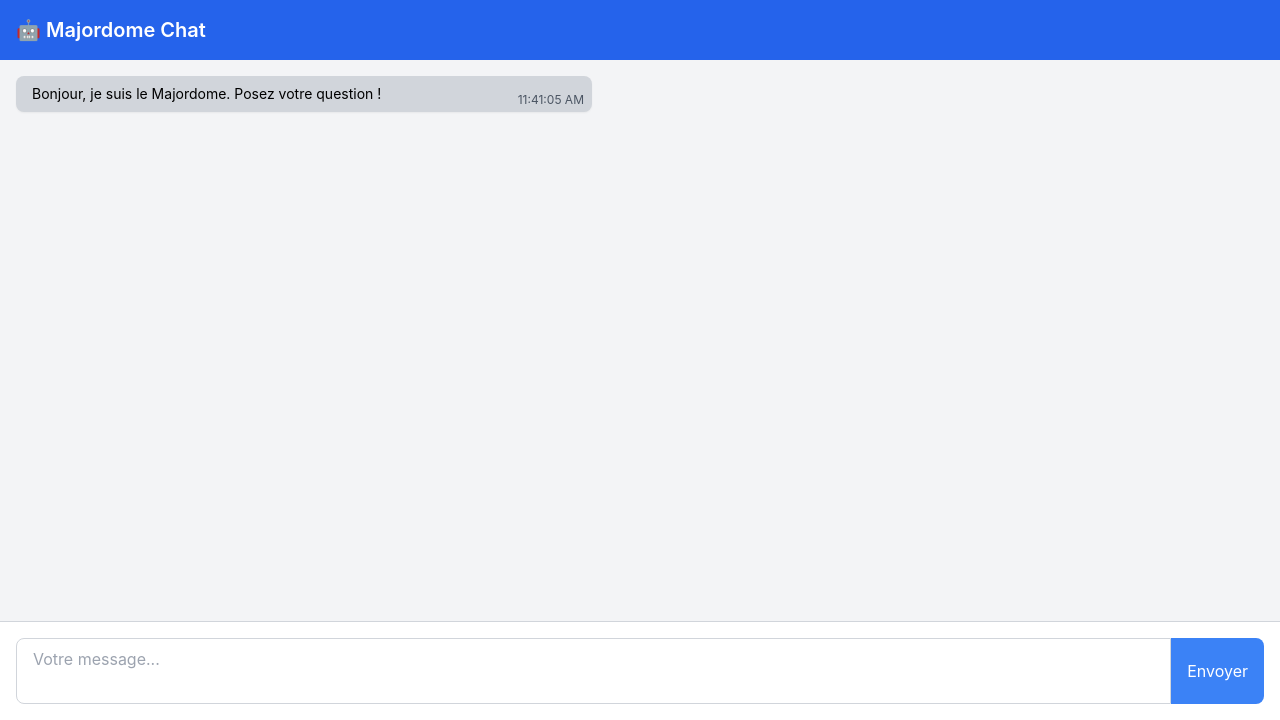
Repository: LeLoustique/majordome-front
Page: /
An editor plug-in stored every save of this project. The page is shown before and after the next save, followed by the edit.
The browser window is 1280 px wide. The pictures show the whole page.
The project was rebuilt for these pictures with package versions that can differ from the ones it lists, and the page was loaded fresh each time.

Above is the page before, as saved 2025-06-13 14:25:39.

### src/App.js
import React, { useState } from "react";
import { sendMessageToChatController } from "./api";

function App() {
  const [message, setMessage] = useState("");
  const [messages, setMessages] = useState([
    {
      from: "bot",
      text: "Bonjour, je suis le Majordome. Posez votre question !",
      time: new Date().toLocaleTimeString(),
    },
  ]);
  const [loading, setLoading] = useState(false);

  const handleSend = async () => {
    if (!message.trim()) return;

    const now = new Date().toLocaleTimeString();

    setMessages(prev => [
      ...prev,
      { from: "user", text: message, time: now },
    ]);
    setLoading(true);
    setMessage("");

    try {
      const data = await sendMessageToChatController(message);

      const replyTime = new Date().toLocaleTimeString();

      setMessages(prev => [
        ...prev,
        { from: "bot", text: data, time: replyTime },
      ]);
    } catch (error) {
      const errorTime = new Date().toLocaleTimeString();

      setMessages(prev => [
        ...prev,
        { from: "bot", text: "Erreur : " + error.message, time: errorTime },
      ]);
    }

    setLoading(false);
  };

  const handleKeyDown = (e) => {
    if (e.key === "Enter" && !e.shiftKey) {
      e.preventDefault();
      handleSend();
    }
  };

  return (
    <div className="flex flex-col h-screen bg-gray-100">
      {/* Header */}
      <header className="bg-blue-600 text-white p-4 text-xl font-semibold">
        🤖 Majordome Chat
      </header>

      {/* Chat messages */}
      <div className="flex-1 overflow-y-auto p-4 space-y-2">
        {messages.map((msg, idx) => (
          <div
            key={idx}
            className={`max-w-xl px-4 py-2 rounded-lg shadow-sm relative text-sm ${
              msg.from === "user"
                ? "ml-auto bg-blue-500 text-white"
                : "mr-auto bg-gray-300 text-black"
            }`}
          >
            <div>{msg.text}</div>
            <div className="absolute bottom-1 right-2 text-xs text-gray-600">
              {msg.time}
            </div>
          </div>
        ))}

        {/* Loader */}
        {loading && (
          <div className="mr-auto bg-gray-200 text-gray-700 px-4 py-2 rounded-lg shadow-sm text-sm flex items-center gap-2">
            <div className="w-4 h-4 border-2 border-blue-400 border-t-transparent rounded-full animate-spin" />
            Le Majordome réfléchit...
          </div>
        )}
      </div>

      {/* Input */}
      <div className="p-4 bg-white flex border-t border-gray-300">
        <textarea
          rows={2}
          value={message}
          onChange={(e) => setMessage(e.target.value)}
          onKeyDown={handleKeyDown}
          placeholder="Votre message..."
          className="flex-1 border border-gray-300 rounded-l-lg px-4 py-2 focus:outline-none focus:ring-2 focus:ring-blue-500 resize-none"
        />
        <button
          onClick={handleSend}
          disabled={loading || !message.trim()}
          className={`${
            loading ? "bg-blue-300" : "bg-blue-500 hover:bg-blue-600"
          } text-white px-4 py-2 rounded-r-lg`}
        >
          {loading ? "..." : "Envoyer"}
        </button>
      </div>
    </div>
  );
}

export default App;

### src/api.js
const BACKEND_URL = "https://sping-ai-majordome.onrender.com";
//const BACKEND_URL = "http://localhost:8080";

export async function sendMessageToChatController(message) {
  const response = await fetch(`${BACKEND_URL}/api/chat`, {
    method: "POST",
    headers: {
      "Content-Type": "text/plain"
    },
    body: message
  });

  if (!response.ok) {
    throw new Error("Erreur lors de la communication avec le backend");
  }

  return response.text();
}

// export async function sendMessageToChatController(message) {
//   const response = await fetch("http://localhost:8080/api/chat", {
//     method: "POST",
//     headers: { "Content-Type": "application/json" },
//     body: JSON.stringify({ message }),
//   });

//   if (!response.ok) {
//     throw new Error("Erreur serveur");
//   }

//   const data = await response.json();
//   return data.reply || data; // adapte si ta réponse est { reply: "..." }
// }

Loaded but not shown: public/index.html (common file); src/index.js (common file); src/index.css (common file); src/reportWebVitals.js (common file); tailwind.config.js (common file)

After the next save:
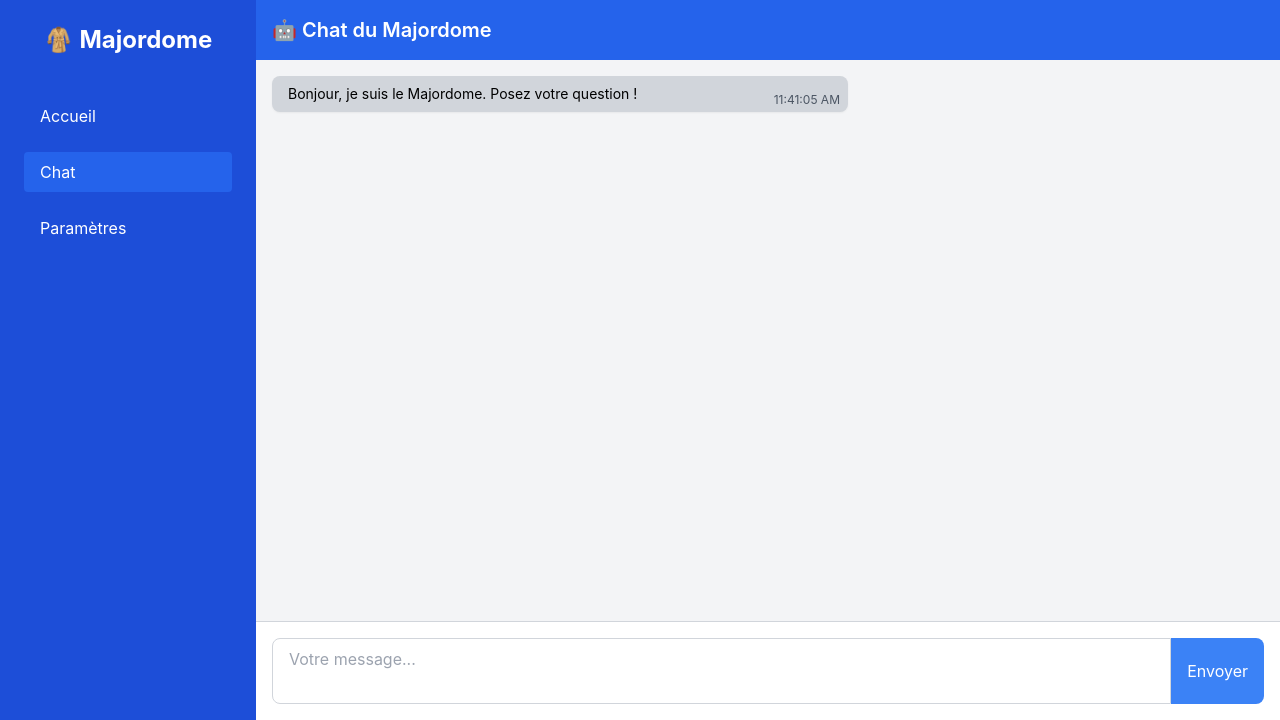
Saved 2 min 50 s later.
--- a/src/App.js
+++ b/src/App.js
@@ -14,31 +14,20 @@ function App() {
 
   const handleSend = async () => {
     if (!message.trim()) return;
-
     const now = new Date().toLocaleTimeString();
-
-    setMessages(prev => [
-      ...prev,
-      { from: "user", text: message, time: now },
-    ]);
+    setMessages(prev => [...prev, { from: "user", text: message, time: now }]);
+    setMessage("");
     setLoading(true);
-    setMessage("");
 
     try {
       const data = await sendMessageToChatController(message);
-
       const replyTime = new Date().toLocaleTimeString();
-
+      setMessages(prev => [...prev, { from: "bot", text: data, time: replyTime }]);
+    } catch (error) {
+      const replyTime = new Date().toLocaleTimeString();
       setMessages(prev => [
         ...prev,
-        { from: "bot", text: data, time: replyTime },
-      ]);
-    } catch (error) {
-      const errorTime = new Date().toLocaleTimeString();
-
-      setMessages(prev => [
-        ...prev,
-        { from: "bot", text: "Erreur : " + error.message, time: errorTime },
+        { from: "bot", text: "Erreur : " + error.message, time: replyTime },
       ]);
     }
 
@@ -53,59 +42,80 @@ function App() {
   };
 
   return (
-    <div className="flex flex-col h-screen bg-gray-100">
-      {/* Header */}
-      <header className="bg-blue-600 text-white p-4 text-xl font-semibold">
-        🤖 Majordome Chat
-      </header>
+    <div className="flex h-screen bg-gray-100">
+      {/* Sidebar */}
+      <aside className="w-64 bg-blue-700 text-white flex flex-col items-center py-6">
+        {/* Logo */}
+        <div className="text-2xl font-bold mb-10">🧥 Majordome</div>
 
-      {/* Chat messages */}
-      <div className="flex-1 overflow-y-auto p-4 space-y-2">
-        {messages.map((msg, idx) => (
-          <div
-            key={idx}
-            className={`max-w-xl px-4 py-2 rounded-lg shadow-sm relative text-sm ${
-              msg.from === "user"
-                ? "ml-auto bg-blue-500 text-white"
-                : "mr-auto bg-gray-300 text-black"
-            }`}
+        {/* Navigation */}
+        <nav className="space-y-4 w-full px-6">
+          <a href="#" className="block py-2 px-4 rounded hover:bg-blue-600">
+            Accueil
+          </a>
+          <a href="#" className="block py-2 px-4 rounded bg-blue-600">
+            Chat
+          </a>
+          <a href="#" className="block py-2 px-4 rounded hover:bg-blue-600">
+            Paramètres
+          </a>
+        </nav>
+      </aside>
+
+      {/* Chat content */}
+      <main className="flex-1 flex flex-col">
+        {/* Header */}
+        <header className="bg-blue-600 text-white p-4 text-xl font-semibold">
+          🤖 Chat du Majordome
+        </header>
+
+        {/* Messages */}
+        <div className="flex-1 overflow-y-auto p-4 space-y-2">
+          {messages.map((msg, idx) => (
+            <div
+              key={idx}
+              className={`max-w-xl px-4 py-2 rounded-lg shadow-sm relative text-sm ${
+                msg.from === "user"
+                  ? "ml-auto bg-blue-500 text-white"
+                  : "mr-auto bg-gray-300 text-black"
+              }`}
+            >
+              <div>{msg.text}</div>
+              <div className="absolute bottom-1 right-2 text-xs text-gray-600">
+                {msg.time}
+              </div>
+            </div>
+          ))}
+
+          {loading && (
+            <div className="mr-auto bg-gray-200 text-gray-700 px-4 py-2 rounded-lg shadow-sm text-sm flex items-center gap-2">
+              <div className="w-4 h-4 border-2 border-blue-400 border-t-transparent rounded-full animate-spin" />
+              Le Majordome réfléchit...
+            </div>
+          )}
+        </div>
+
+        {/* Input */}
+        <div className="p-4 bg-white flex border-t border-gray-300">
+          <textarea
+            rows={2}
+            value={message}
+            onChange={(e) => setMessage(e.target.value)}
+            onKeyDown={handleKeyDown}
+            placeholder="Votre message..."
+            className="flex-1 border border-gray-300 rounded-l-lg px-4 py-2 focus:outline-none focus:ring-2 focus:ring-blue-500 resize-none"
+          />
+          <button
+            onClick={handleSend}
+            disabled={loading || !message.trim()}
+            className={`${
+              loading ? "bg-blue-300" : "bg-blue-500 hover:bg-blue-600"
+            } text-white px-4 py-2 rounded-r-lg`}
           >
-            <div>{msg.text}</div>
-            <div className="absolute bottom-1 right-2 text-xs text-gray-600">
-              {msg.time}
-            </div>
-          </div>
-        ))}
-
-        {/* Loader */}
-        {loading && (
-          <div className="mr-auto bg-gray-200 text-gray-700 px-4 py-2 rounded-lg shadow-sm text-sm flex items-center gap-2">
-            <div className="w-4 h-4 border-2 border-blue-400 border-t-transparent rounded-full animate-spin" />
-            Le Majordome réfléchit...
-          </div>
-        )}
-      </div>
-
-      {/* Input */}
-      <div className="p-4 bg-white flex border-t border-gray-300">
-        <textarea
-          rows={2}
-          value={message}
-          onChange={(e) => setMessage(e.target.value)}
-          onKeyDown={handleKeyDown}
-          placeholder="Votre message..."
-          className="flex-1 border border-gray-300 rounded-l-lg px-4 py-2 focus:outline-none focus:ring-2 focus:ring-blue-500 resize-none"
-        />
-        <button
-          onClick={handleSend}
-          disabled={loading || !message.trim()}
-          className={`${
-            loading ? "bg-blue-300" : "bg-blue-500 hover:bg-blue-600"
-          } text-white px-4 py-2 rounded-r-lg`}
-        >
-          {loading ? "..." : "Envoyer"}
-        </button>
-      </div>
+            {loading ? "..." : "Envoyer"}
+          </button>
+        </div>
+      </main>
     </div>
   );
 }
